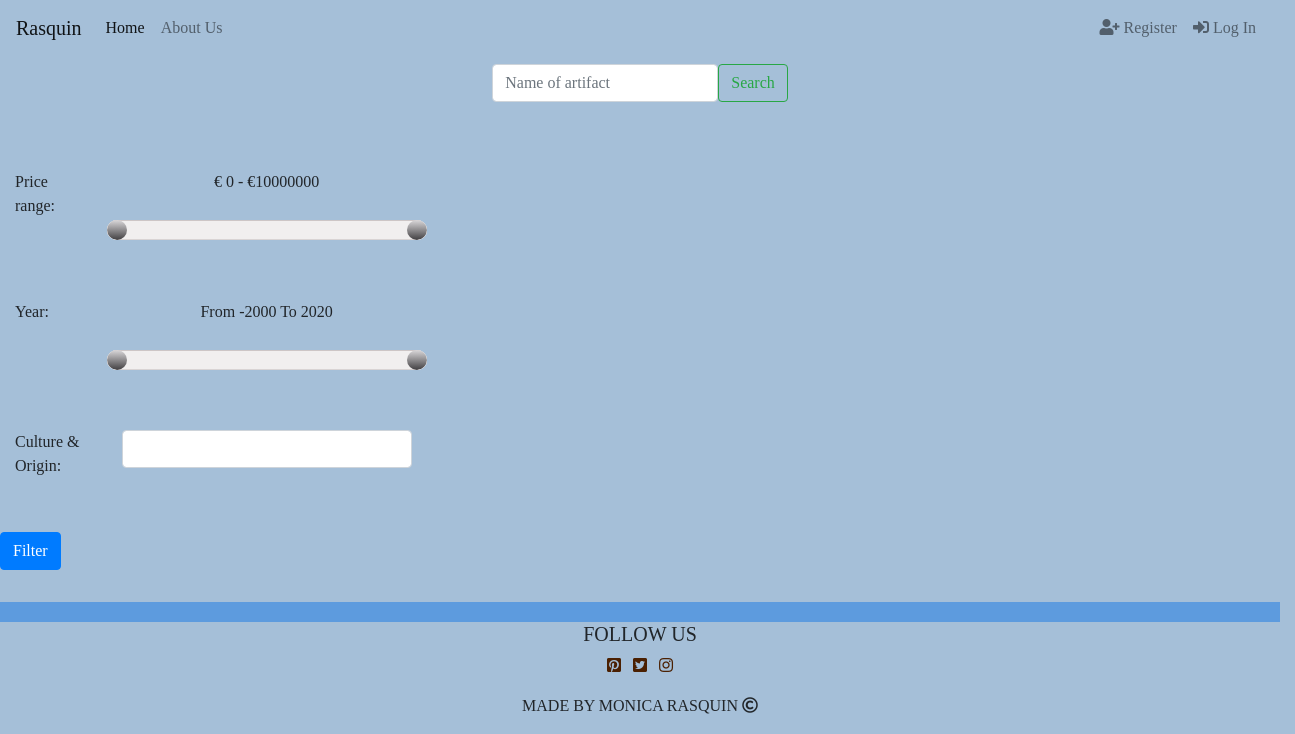
Repository: Rasquin/auction
Page: templates/base.html
The author's editor kept a record of every edit. The page is drawn from the files as they stood at one moment, then again after the next edit.
The browser window is 1280 px wide. The page is 1295 px wide, then 1280 px, so the pictures cover 1295 px, including what lies to the right of the window. The pictures show the whole page.
The template is drawn by Django 2.2. The application's start-up code is not run. Other server files are loaded and not shown. The template is opened directly, without the code that normally fills it, so the values that code supplies are empty.

Above is the page before.

### templates/base.html
<!DOCTYPE html>

{% load staticfiles %}

<html lang="en">

<head>
    <meta charset="UTF-8">
    <meta name="viewport" content="width=device-width, initial-scale=1.0">
    <meta http-equiv="X-UA-Compatible" content="ie=edge">

    <!-- Bootstrap compiled and minified CSS -->
    <link rel="stylesheet" href="https://stackpath.bootstrapcdn.com/bootstrap/4.3.1/css/bootstrap.min.css" integrity="sha384-ggOyR0iXCbMQv3Xipma34MD+dH/1fQ784/j6cY/iJTQUOhcWr7x9JvoRxT2MZw1T" crossorigin="anonymous">

    <!-- Font Awesome compiled and minified CSS -->
    <link rel="stylesheet" href="{% static 'font-awesome/css/all.css' %}">



    <!-- Own CSS -->
    <link rel="stylesheet" href="{% static 'css/mystyle.css' %}" type="text/css" />


    <!-- Own Scripts -->
    <script type="text/javascript" src="{% static 'js/myscript.js' %}"></script>

    <title>{% block page_title %}{% endblock %}</title>

</head>


<body>
    <!-- NavBar area -->
    <nav class="navbar navbar-expand-lg navbar-light bg-light">
        <!-- NavBar Brand-->
        <a class="navbar-brand" href="#">Rasquin</a>
        <button class="navbar-toggler" type="button" data-toggle="collapse" data-target="#navbarSupportedContent" aria-controls="navbarSupportedContent" aria-expanded="false" aria-label="Toggle navigation">
            <span class="navbar-toggler-icon"></span>
        </button>

        <div class="collapse navbar-collapse" id="navbarSupportedContent">
            <!-- NavBar Home & ABout-->
            <ul class="navbar-nav mr-auto">
                <li class="nav-item active">
                    <a class="nav-link" href="{% url 'index' %}">Home <span class="sr-only">(current)</span></a>
                </li>
                <li class="nav-item">
                    <a class="nav-link" href="{% url 'about' %}">About Us</a>
                </li>

            </ul>
            <!-- NavBar User status-->
            <ul class="navbar-nav navbar-right">
                    {% if user.is_authenticated %}
                        <li class="nav-item">
                            <a class="nav-link" href="{% url 'profile' %}"><i class="fa fa-user"></i> Profile</a>
                        </li>
                        <li class="nav-item">
                            <a class="nav-link" href="{% url 'logout' %}"><i class="fa fa-sign-out-alt"></i> Log Out</a>
                        </li>
                        <li class="nav-item">
                            <a class="nav-link" href="{% url 'view_my_biddings' %}"><i class="fas fa-gavel"></i>My Biddings </a>
                        </li>
                    {%  else %}
                        <li class="nav-item">
                            <a class="nav-link" href="{% url 'register' %}"><i class="fa fa-user-plus"></i> Register</a>
                        </li>
                        <li class="nav-item">
                            <a class="nav-link" href="{% url 'login' %}"><i class="fa fa-sign-in-alt"></i> Log In</a>
                        </li>
                    {% endif %}
                </ul>
        </div>
    </nav>

    <!-- Search & Filter area -->

    <!-- Search -->
    <nav class="navbar navbar-light bg-light justify-content-center">
        <form action="{% url 'search_by_name' %}" method="get" class="form-inline ">
            {% csrf_token %}
            <input type="text" class="form-control" id="artifact_name" name="artifact_name" required placeholder="Name of artifact">
            <button class="btn btn-outline-success  my-2 my-sm-0" type="search">Search</button>
        </form>
    </nav>


    <!-- Filters -->

    <div class="row row-flex">
        <form action="{% url 'filters' %}" method="get" class="col-12">
            {% csrf_token %}
            <!-- Price Filter -->
            <div class="form-group row-flex" >
                <div class="col-12 col-md-3 col-lg-1">
                    <p><label for="amount">Price range:</label></p>
                </div>
                <div class="col-12 col-md-9 col-lg-3">
                    <section class="range-slider-price range-slider">
                        <span class="rangePriceValues rangeValues"></span>
                        <input value="0" min="0" max="10000000" step="2000" type="range" name="min_price">
                        <input value="10000000" min="0" max="10000000" step="2000" type="range" name="max_price">
                    </section>
                </div>
            </div>
            <!-- Year Filter -->
            <div class="form-group row-flex" >
                <div class="col-12 col-md-3 col-lg-1">
                    <p><label for="amount">Year:</label></p>
                </div>
                <div class="col-12 col-md-9 col-lg-3">
                    <section class="range-slider-year range-slider">

                        <span class="rangeYearValues"></span>
                        <input value="-2000" min="-2000" max="2020" step="20" type="range" name="min_year">
                        <input value="2020" min="-2000" max="2020" step="20" type="range" name="max_year">
                    </section>
                </div>
            </div>
            <!-- Origin Filter -->
            <div class="form-group row-flex" >
                <div class="col-12 col-md-3 col-lg-1">
                    <p><label for="origin">Culture & Origin:</label></p>
                </div>
                <div class="col-12 col-md-9 col-lg-3">
                    <input type="text" class="form-control" id="artifact_origin" name="artifact_origin">
                </div>
            </div>
            <!-- Filter Button -->
            <div class="form-group row-flex">
                <div class="row">
                    <div class="col-12 col-lg-1">
                        <p class="text-center">
                            <button class="btn btn-primary" type="search">Filter</button>
                        </p>
                    </div>
                </div>
            </div>

        </form>
    </div>


                {% block filter %}{% endblock %}

            </div>
        </div>
    </div>
    <!-- Messages area -->
{% if messages %}
<div class="alert alert-success">
        <div class="messages">
            {% for message in messages %}
                {{ message }}
            {% endfor %}
        </div>
    </div>
{% endif %}

    <!-- Content area -->
    <div class="container-general">

        <!-- Block content area -->
        <div class="container-fluid">
            {% block content %} {% endblock %}
        </div>

    </div>

    <!-- Footer area -->
    <footer class="container-fluid">


        <!-- SOCIAL MEDIA-->
        <div class="row ">
            <div class="col-12 text-center">
                <h5 class="text-uppercase">Follow Us</h5>
                <ul class="list-inline social-links">
                    <li class="list-inline-item"><a href="#"><i class="fab fa-pinterest-square"  aria-hidden="true"></i></a></li>
                    <li class="list-inline-item"><a href="#"><i class="fab fa-twitter-square" aria-hidden="true"></i></a></li>
                    <li class="list-inline-item"><a href="#"><i class="fab fa-instagram" aria-hidden="true"></i></a></li>
                </ul>
            </div>
        </div>

        <!--COPYRIGHT-->
        <div class="row ">
            <div class="col-12">

                <p class="text-center text-uppercase">Made by Monica Rasquin <i class="far fa-copyright"></i> </p>
            </div>
        </div>
    </footer>


    <!-- Bootstrap compiled and minified JavaScript -->
    <script src="https://code.jquery.com/jquery-3.3.1.slim.min.js" integrity="sha384-q8i/X+965DzO0rT7abK41JStQIAqVgRVzpbzo5smXKp4YfRvH+8abtTE1Pi6jizo" crossorigin="anonymous"></script>
    <script src="https://cdnjs.cloudflare.com/ajax/libs/popper.js/1.14.7/umd/popper.min.js" integrity="sha384-UO2eT0CpHqdSJQ6hJty5KVphtPhzWj9WO1clHTMGa3JDZwrnQq4sF86dIHNDz0W1" crossorigin="anonymous"></script>
    <script src="https://stackpath.bootstrapcdn.com/bootstrap/4.3.1/js/bootstrap.min.js" integrity="sha384-JjSmVgyd0p3pXB1rRibZUAYoIIy6OrQ6VrjIEaFf/nJGzIxFDsf4x0xIM+B07jRM" crossorigin="anonymous"></script>
    {% block head_js %} {% endblock %}

</body>
</html>

### static/js/myscript.js
//--------------------------------------Slider for Prices filter
function getPriceVals() {
    // Get slider price values
    var parent = this.parentNode;
    var slides = parent.getElementsByTagName("input");
    var slide1 = parseFloat(slides[0].value);
    var slide2 = parseFloat(slides[1].value);
    // Neither slider will clip the other, so make sure we determine which is larger
    if (slide1 > slide2) { var tmp = slide2;
        slide2 = slide1;
        slide1 = tmp; }

    var displayElement = parent.getElementsByClassName("rangePriceValues")[0];
    displayElement.innerHTML = "€ " + slide1 + " - €" + slide2;
}

//--------------------------------------Slider for Year filter
function getYearVals() {
    // Get Year slider values
    var parent = this.parentNode;
    var slides = parent.getElementsByTagName("input");
    var slide1 = parseFloat(slides[0].value);
    var slide2 = parseFloat(slides[1].value);
    // Neither slider will clip the other, so make sure we determine which is larger
    if (slide1 > slide2) { var tmp = slide2;
        slide2 = slide1;
        slide1 = tmp; }

    var displayElement = parent.getElementsByClassName("rangeYearValues")[0];
    displayElement.innerHTML = "From " + slide1 + " To " + slide2;
}

//----------------------------------------------- Initialize Sliders
window.onload = function() {
    // For Price
    var sliderSectionsPrice = document.getElementsByClassName("range-slider-price");
    for (var x = 0; x < sliderSectionsPrice.length; x++) {
        var slidersPrice = sliderSectionsPrice[x].getElementsByTagName("input");
        for (var y = 0; y < slidersPrice.length; y++) {
            if (slidersPrice[y].type === "range") {
                slidersPrice[y].oninput = getPriceVals;
                // Manually trigger event first time to display values
                slidersPrice[y].oninput();
            }
        }
    }
    // For Year
    var sliderSectionsYear = document.getElementsByClassName("range-slider-year");
    for (var x = 0; x < sliderSectionsYear.length; x++) {
        var slidersYear = sliderSectionsYear[x].getElementsByTagName("input");
        for (var y = 0; y < slidersYear.length; y++) {
            if (slidersYear[y].type === "range") {
                slidersYear[y].oninput = getYearVals;
                // Manually trigger event first time to display values
                slidersYear[y].oninput();
            }
        }
    }
}

Loaded but not shown: static/font-awesome/css/all.css (library); static/css/mystyle.css (common file)

After the next edit:
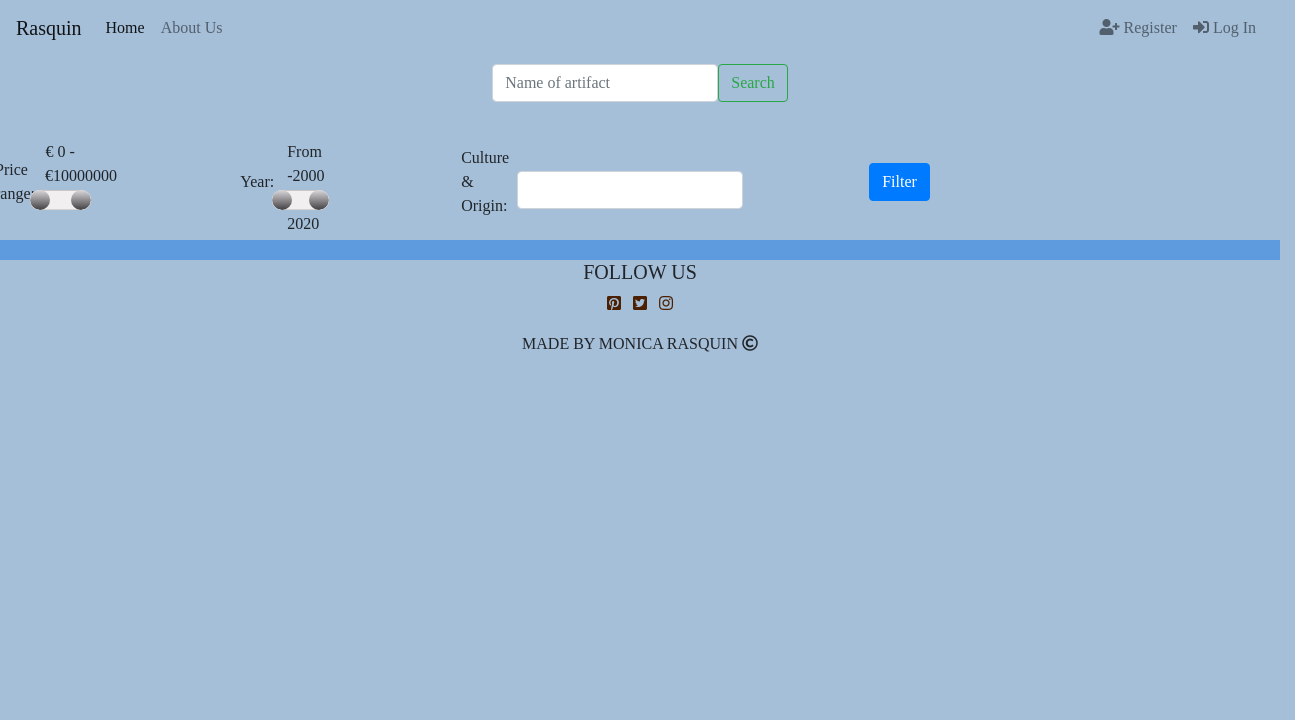
The edit:
--- a/templates/base.html
+++ b/templates/base.html
@@ -87,8 +87,8 @@
 
     <!-- Filters -->
 
-    <div class="row row-flex">
-        <form action="{% url 'filters' %}" method="get" class="col-12">
+
+        <form action="{% url 'filters' %}" method="get" class="form-inline">
             {% csrf_token %}
             <!-- Price Filter -->
             <div class="form-group row-flex" >
